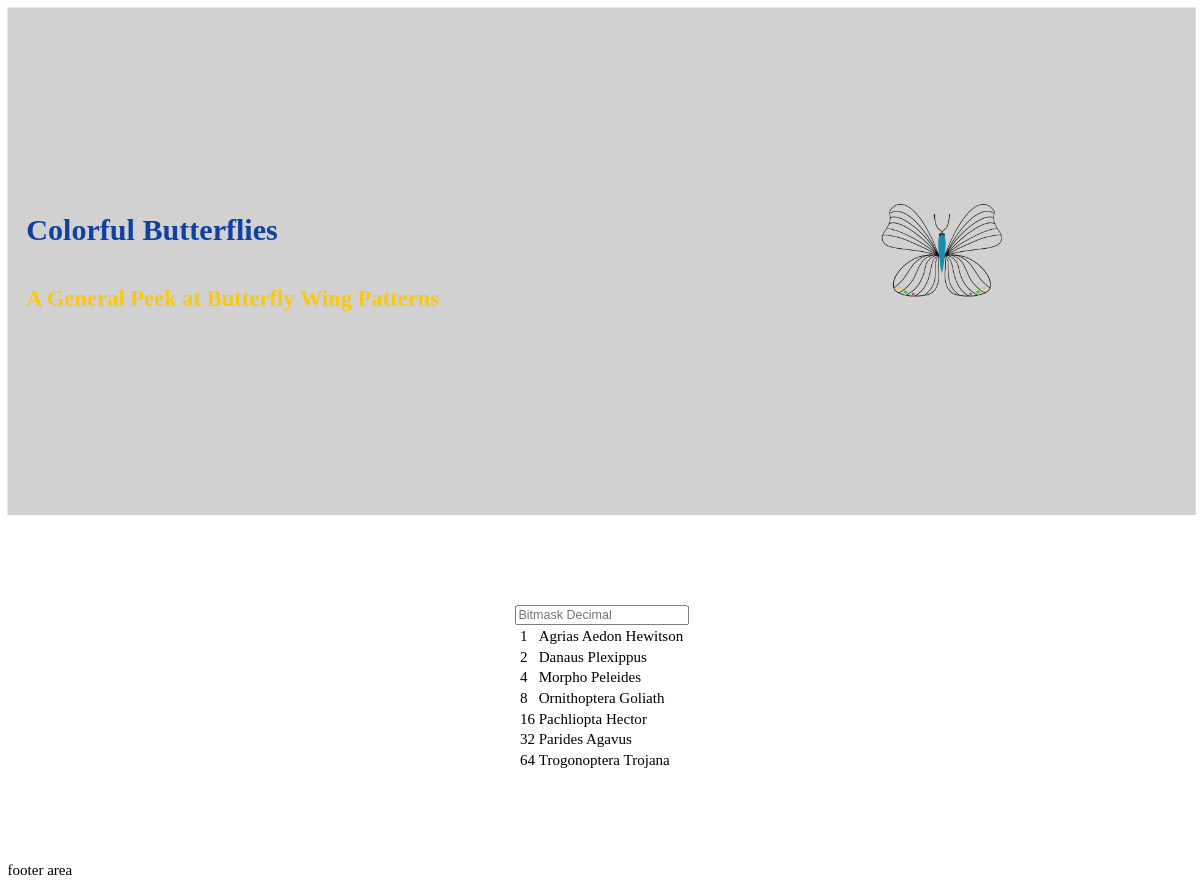
Repository: MeowCeline00/assessment-2
Page: /
These files come from the project's save history. The page is drawn as it stood at one moment and after the next save; the edit follows.
The browser window is 1280 px wide. The pictures show the whole page, at 94% of full size.
The project was rebuilt for these pictures with package versions that can differ from the ones it lists, and the page was loaded fresh each time. The framework's server and built-in components were replaced by stand-ins that run in the browser. Also part of the build but not shown: next.config.mjs.

Above is the page before, as saved 2024-02-07 21:56:36.

After the next save:
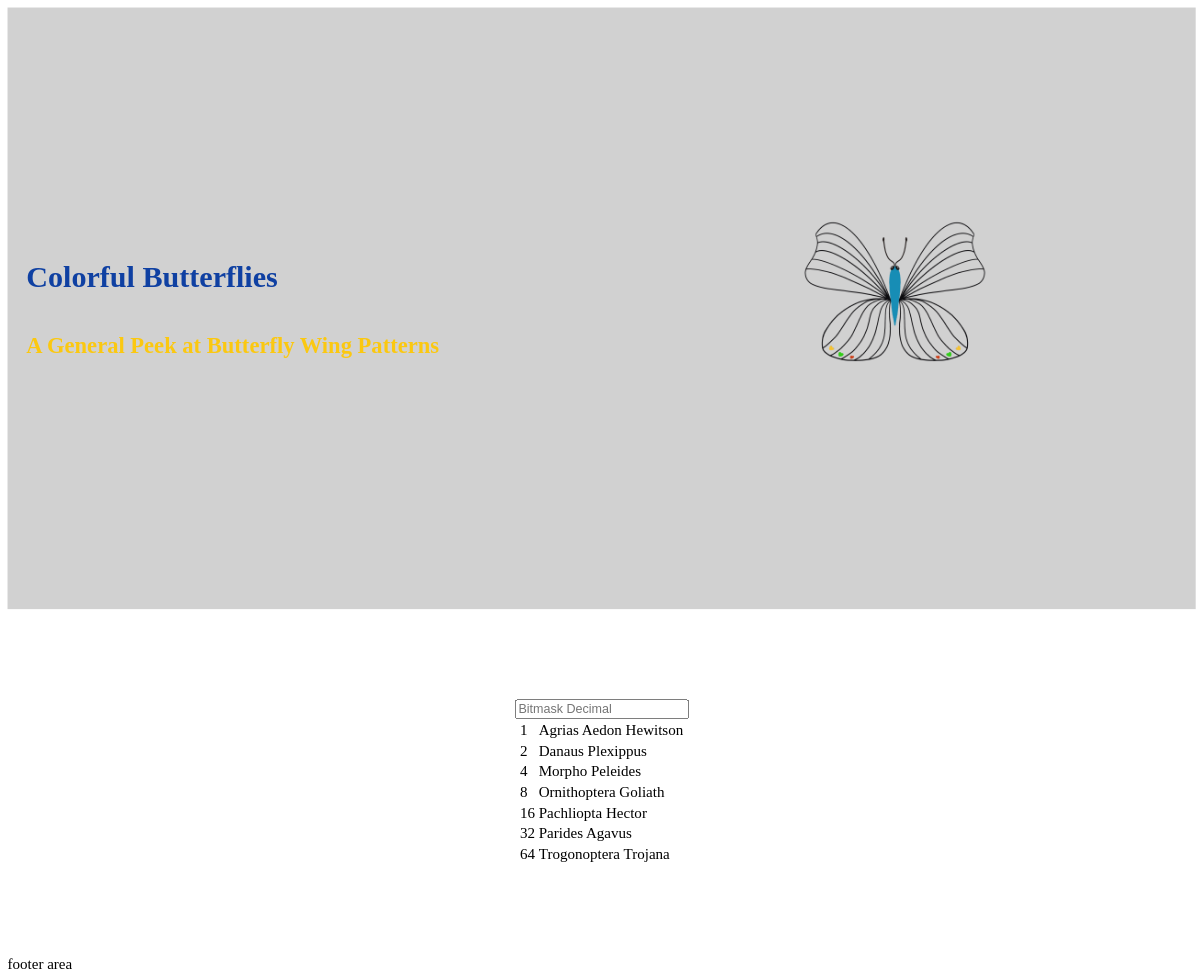
Saved 9 s later.
--- a/Components/Header/index.js
+++ b/Components/Header/index.js
@@ -9,7 +9,7 @@ export default function Header() {
                 <h2> A General Peek at Butterfly Wing Patterns</h2>
             </div>
             <div className={styles.logoArea}>
-                <img src={"/logo.png"} alt="Butterfly Logo" width={200} />
+                <img src={"/logo.png"} alt="Butterfly Logo" width={300} />
             </div>
         </header>
     );
